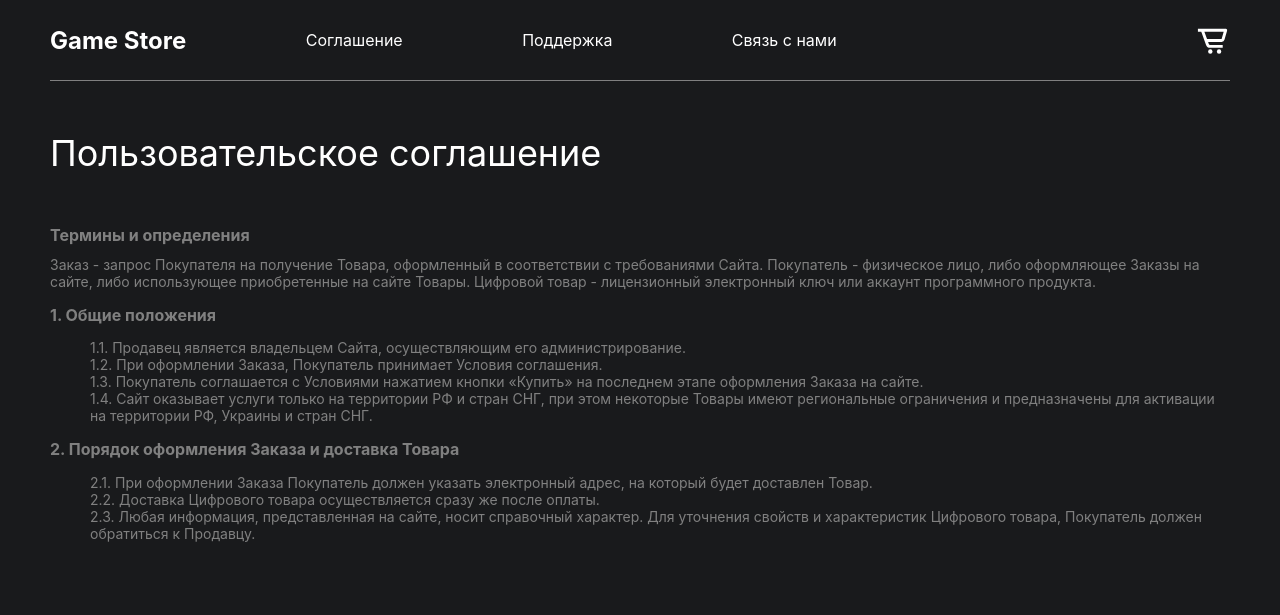
Repository: Minkeani/GameStore
Page: /agreement
These files come from the project's save history. The page is drawn as it stood at one moment and after the next save; the edit follows.
The browser window is 1280 px wide. The pictures show the whole page.
The project was rebuilt for these pictures with package versions that can differ from the ones it lists, and the page was loaded fresh each time. Also part of the build but not shown: src/components/ItemsInCart/ItemsInCart.css, src/components/ItemsInCart/ItemsInCart.jsx, src/components/CartMenu/CartMenu.css, src/components/Btn/Btn.css, src/components/Btn/Btn.jsx, src/components/CartItem/CartItem.css, src/components/CartItem/CartItem.jsx, src/components/utils/utils.js and 17 more.

Above is the page before, as saved 2022-09-11 10:43:57.

After the next save:
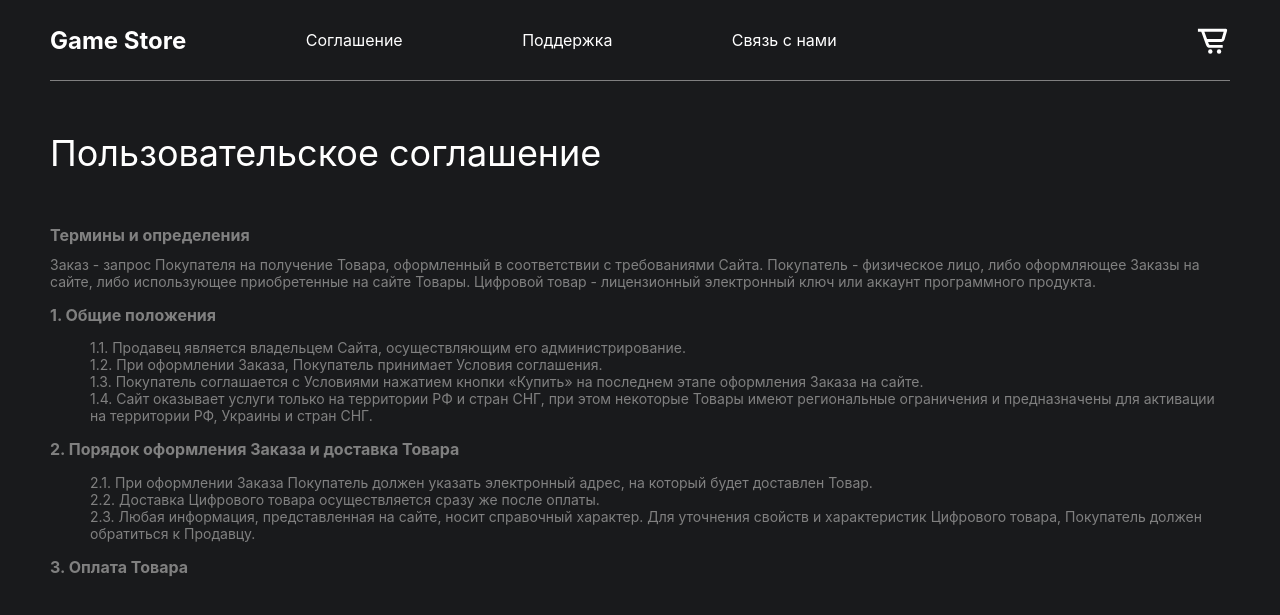
Saved 93 s later.
--- a/src/components/Agreement/Agreement.jsx
+++ b/src/components/Agreement/Agreement.jsx
@@ -55,6 +55,7 @@ const Agreement = () => {
           <li></li>
         </ul>
       </P>
+      <Title>3. Оплата Товара</Title>
     </div>
   );
 };
